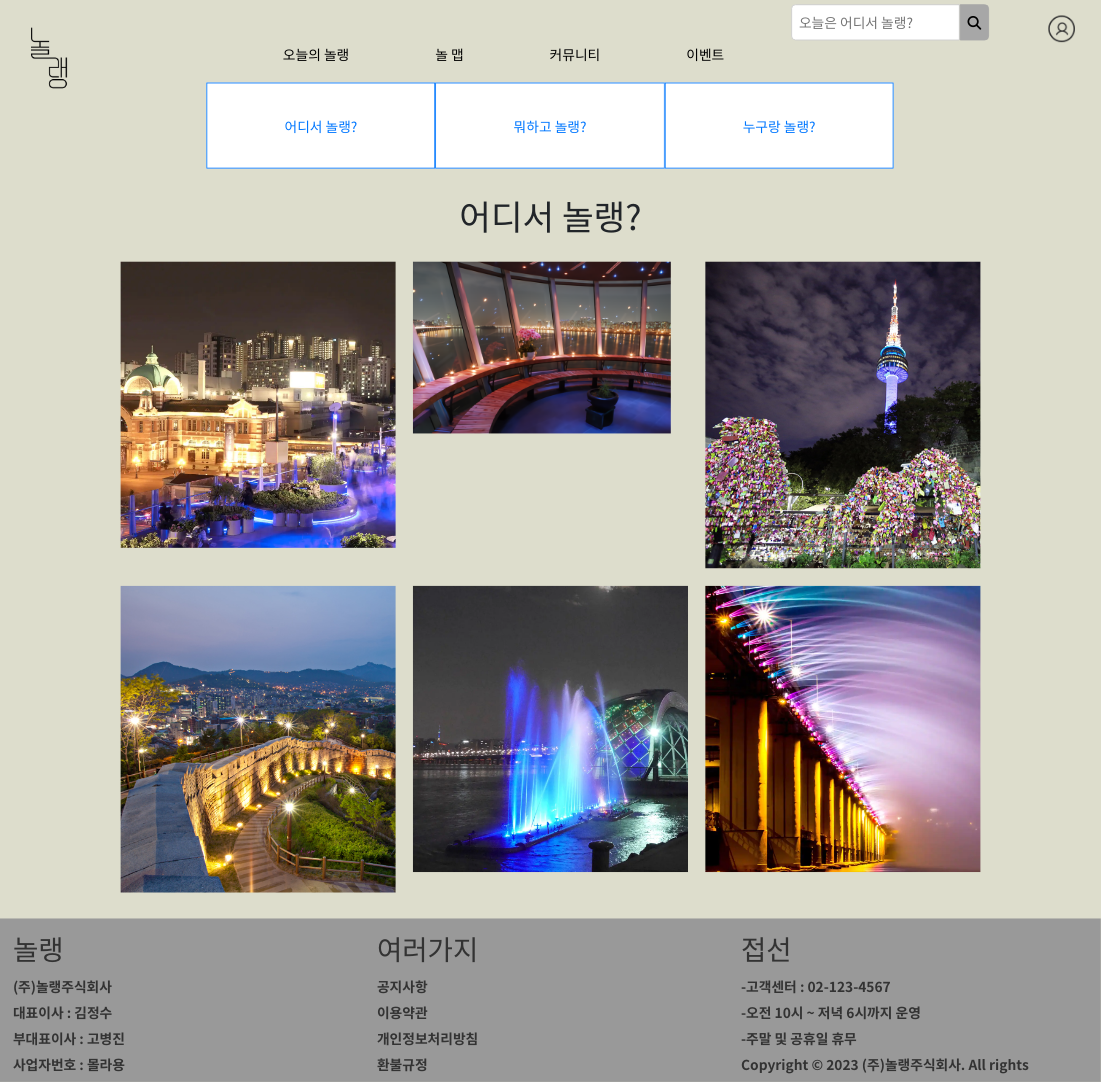
Repository: rrqrw/-
Page: http://localhost/noll_project/who/who3.jsp
An editor plug-in stored every save of this project. The page is shown before and after the next save, followed by the edit.
The browser window is 1280 px wide. The pictures show the whole page, at 86% of full size.
Some web fonts or font styles are not loaded; a fallback is used. Some web libraries are served in a nearby version. The page is served by Tomcat 9. Other server files are loaded and not shown.

Above is the page before, as saved 2023-12-12 12:08:34.

### noll_project/src/main/webapp/who/who3.jsp
<%@ page language="java" contentType="text/html; charset=UTF-8"
    pageEncoding="UTF-8"%>
<%@ taglib uri="http://java.sun.com/jsp/jstl/core" prefix="c" %>
<%@ taglib uri="http://java.sun.com/jsp/jstl/fmt" prefix="fmt" %>
<!DOCTYPE html>
<html lang="en">
<head>
  <meta charset="UTF-8">
  <meta name="viewport" content="width=device-width, initial-scale=1.0">
  <title>Document</title>
  <link rel="stylesheet"  href="../resources/css/bootstrap.css">
  <link rel="stylesheet" href="../resources/css/style.css">

 <script src="https://kit.fontawesome.com/7c6041109a.js" crossorigin="anonymous"></script>
  <link href="https://fonts.googleapis.com/css2?family=Black+Han+Sans&family=Nanum+Gothic+Coding:wght@700&family=Nanum+Pen+Script&family=Noto+Sans+KR&display=swap" rel="stylesheet">
</head>
<body>
<jsp:include page="../header.jsp" />
  <div class="container">
    <div class="menu">
    <ul>
      <li><a href="../who/who1.jsp">어디서 놀랭?</a></li>
      <li><a href="../who/who2.jsp">뭐하고 놀랭?</a></li>
      <li><a href="../who/who3.jsp">누구랑 놀랭?</a></li>
    </ul>
  </div>
    <div id="content">
    <h1>어디서 놀랭?</h1>
    <ul class="prod-list">
      <li>
        <img src="../resources/images/7017.jpg" alt="상품1">
        <div class="caption">
          <a href="../instar/instar.jsp"><h2>상품 1</h2></a>
          <p>상품 1 설명 텍스트</p>
          <p>가격: 20,000원</p>
        </div>
      </li>
      <li>
        <img src="../resources/images/bg2광진.png" alt="상품2" style="width: 300px;">
        <div class="caption">
          <a href="../instar/instar.jsp"><h2>상품 1</h2></a>
          <p>상품 2 설명 텍스트</p>
          <p>가격: 30,000원</p>
        </div>
      </li>
      <li>
        <img src="../resources/images/bg3.jpg" alt="상품3">
        <div class="caption">
          <a href="../instar/instar.jsp"><h2>상품 1</h2></a>
          <p>상품 3 설명 텍스트</p>
          <p>가격: 30,000원</p>
        </div>
      </li>
      <li>
        <img src="../resources/images/낙산.jpg" alt="상품3">
        <div class="caption">
          <a href="../instar/instar.jsp"><h2>상품 1</h2></a>
          <p>상품 3 설명 텍스트</p>
          <p>가격: 30,000원</p>
        </div>
      </li>
      <li>
        <img src="../resources/images/여의도한강.jpg" alt="상품3">
        <div class="caption">
          <a href="../instar/instar.jsp"><h2>상품 1</h2></a>
          <p>상품 3 설명 텍스트</p>
          <p>가격: 30,000원</p>
        </div>
      </li>
      <li>
        <img src="../resources/images/한강.jpg" alt="상품3">
        <div class="caption">
          <a href="../instar/instar.jsp"><h2>상품 1</h2></a>
          <p>상품 3 설명 텍스트</p>
          <p>가격: 30,000원</p>
        </div>
      </li>

    </ul>
  	</div>

        </div>
  <jsp:include page="../footer.jsp" />
</body>
</html>

### noll_project/src/main/webapp/header.jsp
<%@ page language="java" contentType="text/html; charset=UTF-8"
    pageEncoding="UTF-8"%>
<!DOCTYPE html>
<html lang="en">
<head>
  <meta charset="UTF-8">
  <meta name="viewport" content="width=device-width, initial-scale=1.0">
  <title>상단 메뉴(nav bar)</title>

  <link rel="stylesheet" href="resources/css/style.css">

  <script src="https://kit.fontawesome.com/7c6041109a.js" crossorigin="anonymous"></script>
  <script src="https://code.jquery.com/jquery-3.7.1.js" integrity="sha256-eKhayi8LEQwp4NKxN+CfCh+3qOVUtJn3QNZ0TciWLP4=" crossorigin="anonymous"></script>
  <!-- defer, async 아래 html을 다읽고 외부 js를 읽게 (지연) 해줌 -->
</head>
<body>
  <nav class="navbar">
    <div class="navbar_logo">
      <a href="#"><img src="../resources/images/logo.png" alt="로고" style="width: 80px;"></a>
    </div>
    <ul class="navbar_menu">
      <li><a href="">오늘의 놀랭</a></li>
      <li><a href="">놀 맵</a></li>
      <li><a href="">커뮤니티</a></li>
      <li><a href="">이벤트</a></li>
    </ul>
    <a href="#" class="navbar_toggleBtn">
      <i class="fa-solid fa-bars"></i>
    </a>

    <div id="search">
      <form action="#" method="get">
          <input type="text" placeholder="오늘은 어디서 놀랭?" id="search_input">
          <button type="submit"><i class="fas fa-search"></i></button>
      </form>
    </div>
  <div id="login">
     <a href="#"><img src="../resources/images/login.png" alt="로그인"></a>
  </div>
  </nav>
</body>
</html>

### noll_project/src/main/webapp/footer.jsp
<%@ page language="java" contentType="text/html; charset=UTF-8"
    pageEncoding="UTF-8"%>
<footer class="footer_cell">
      <div class="footer_info">
         <div class="footer_cell">
            <h2 class="footer_h">놀랭</h2>
            <ul class="footer_u">
               <li>(주)놀랭주식회사</li>
               <li>대표이사 : 김정수</li>
               <li>부대표이사 : 고병진</li>
               <li>사업자번호 : 몰라용</li>
            </ul>
         </div>
         <div class="footer_cell">
            <h2 class="footer_h">여러가지</h2>
            <ul class="footer_u">
               <!-- 나중에 링크 넣어서 바로 넘어갈 수 있도록 생각 -->
               <li><a href="#">공지사항</a></li>
               <li><a href="#">이용약관</a></li>
               <li><a href="#">개인정보처리방침</a></li>
               <li><a href="#">환불규정</a></li>
            </ul>
         </div>
         <div class="footer_cell">
            <h2 class="footer_h">접선</h2>
            <ul class="footer_u">
               <li>-고객센터 : 02-123-4567</li>
               <li>-오전 10시 ~ 저녁 6시까지 운영</li>
               <li>-주말 및 공휴일 휴무</li>
               <li>Copyright © 2023 (주)놀랭주식회사. All rights</li>
            </ul>
         </div>
      </div>
   </footer>

### noll_project/src/main/webapp/resources/css/style.css
@charset "UTF-8";
*{
	font-family: 'Noto Sans KR', sans-serif;
}
body{
	background: #ddddcc;
}
/* header 스타일 */
a{
  text-decoration: none;
  color: black;
}

/* pc 기준 */
.navbar{
  display: flex;
  justify-content: space-between;
  align-items: center;
}

.navbar_logo{
  width: 80px;
  height: 80px;
  font-size: 24px;
  padding-left: 20px;
  padding-top: 20px;
}

.navbar_menu{
  display: flex;
  list-style: none;
   margin-right: 10%;
  padding-top: 30px;
  padding-left: 0;
}

#login {
  position: top;
  padding-bottom: 30px;
  padding-right: 30px;
}

.navbar_menu li a{padding: 8px 50px;}
.navbar_toggleBtn{
  font-size: 24px;
  position: absolute;
  right: 30px;
  display: none;
}

/* 검색바 스타일 */
#search {
  position: absolute;
  top: 5px;
  right: 130px; /* 조정 가능한 우측 간격 */
}

/* 검색바 스타일 */
#search form {
  display: flex;
}

#search_input {
  padding: 8px;
  border: 1px solid #ccc;
  border-radius: 5px 0 0 5px;
}

#search button {
  padding: 8px;
  background-color: rgb(167, 167, 167);
  border: 1px solid rgb(167, 167, 167);
  border-radius: 0 5px 5px 0;
  color: black;
  cursor: pointer;
}

#search button:hover {
  background-color: rgb(128, 128, 128);
 }

/* 테블릿 기준 */
@media screen and (max-width: 1100px){
  .navbar_menu{
    padding-right: 60px;
  }
  .navbar_menu li{
    padding-top: 10px;
    display: flex;
  }
  .navbar_toggleBtn{
    font-size: 24px;
    position: absolute;
    right: 30px;
    top: 20px;
  }

  /* 검색바 스타일 */
#search {
  position: absolute;
  top: 5px;
  right: 130px; /* 조정 가능한 우측 간격 */
}

#search form {
  display: flex;
}

#search_input {
  padding: 8px;
  border: 1px solid #ccc;
  border-radius: 5px 0 0 5px;
}

#search button {
  padding: 8px;
  background-color: rgb(167, 167, 167);
  border: 1px solid rgb(167, 167, 167);
  border-radius: 0 5px 5px 0;
  color: black;
  cursor: pointer;
}

#search button:hover {
  background-color: rgb(128, 128, 128);
 }

 .navbar_toggleBtn{
  font-size: 24px;
  position: absolute;
  right: 30px;
  top: 40px;
 }

 #login{
  position: absolute;
  top: 5px;
  right: 10px;
 }
}


/* 모바일 기준 */
@media screen and (max-width: 768px){
  .navbar{
    flex-direction: column;
    align-items: flex-start;
    padding: 8px 20px;
  }

  .navbar_menu{
    /* align-items: center;  */
    width: 100%;
    padding-top: 10px;
    /* justify-content: flex-end; */
    align-items: flex-end;
  }

 /* 햄버거 메뉴 스타일 */
 .navbar_toggleBtn{
  font-size: 24px;
  position: absolute;
  right: 30px;
  top: 40px;
 }
  .navbar_menu li{
    padding-top: 5px;
  }

  .navbar_toggleBtn{
    display: block;
  }

  #login{
    position: absolute;
    top: 40px;
    right: 45px;
  }


/* 검색바 스타일 */
#search {
  position: absolute;
  top: 40px;
  right: 130px; /* 조정 가능한 우측 간격 */
}

#search form {
  display: flex;
}

#search_input {
  width: 50px;
  padding: 8px;
  border: 1px solid #ccc;
  border-radius: 5px 0 0 5px;
}

#search button {
  padding: 8px;
  background-color: rgb(167, 167, 167);
  border: 1px solid rgb(167, 167, 167);
  border-radius: 0 5px 5px 0;
  color: black;
  cursor: pointer;
}

#search button:hover {
  background-color: rgb(128, 128, 128);
 }
}
/* footer 스타일 */
footer .footer_cell { height: 180px;}

.footer_info {
  display: flex;
  justify-content: space-between;
  padding: 5px;
  background-color: #999999;
}


.footer_cell {
  flex: 1
  ;
  text-align: left;
  color: rgb(51, 51, 51);
  font-weight: bold;
}

.footer_cell li a {
  color: rgb(51, 51, 51);
  font-weight: bold;
  text-decoration: none;
}

.footer_h {
  margin: 10px;
}

.footer_u {
  margin: 10px;
  line-height: 30px;
}



/* general */

ul,li {
  margin: 0;
  padding: 0;
  list-style-type: none;
  list-style-position: inside;
}
footer p {
  margin-top: 18px;
  font-size: 11px;
  color: #c7c7c7;
  line-height: 18px;
}
.pic {
  border-radius: 100%;
}
span.userID {
  margin-right: 5px;
}
span.sub-span {
  font-size: 12px;
  color: #8e8e8e;
}
span.point-span {
  font-weight: 500;
  font-size: 14px;
  color: #262626;
}

/* main */
main {
  width: 960px;
  margin: 0 auto;
  padding-top: 94px;
  padding-bottom: 40px;
}
.main-right {
  width: 310px;
  display: inline-block;
  position: fixed;
  top: 94px;
}
.feeds {
  width: 614px;
  margin-right: 34px;
  display: inline-block;
}
article, .section-story, .section-recommend {
  background-color: #fff;
  border-radius: 3px;
  border: 1px solid #DBDBDB;
}
article {
  margin-bottom: 60px;
}
.section-story, .section-recommend {
  width: 310px;
  padding: 14px 16px;
  overflow-y: hidden;
}
.section-story {
  height: 212px;
  margin-bottom: 20px;
}
.section-recommend {
  height: 180px;
}
/* article */
header {
  height: 60px;
  padding: 0 16px;
  display: flex;
  align-items: center;
  justify-content: space-between;
}
.profile-of-article {
  display: flex;
  align-items: center;
}
.img-profile {
  width: 32px;
  height: 32px;
  border: 1px solid #fafafa;
  border-radius: 100%;
}
.main-image img {
  width: 612px;
}
.main-id {
  margin-left: 14px;
}
.icon-more {
  justify-self: end;
}
.icons-react {
  height: 40px;
  padding: 0 16px;
  display: flex;
  align-items: center;
  justify-content: space-between;
}
.icon-react {
  width: 24px;
  height: 24px;
}
.icons-left {
  display: flex;
  align-items: center;
}
.icons-left .icon-react {
  margin-right: 12px;
}
/* article text data */
.reaction {
  padding: 0 16px;
}
.liked-people {
  display: flex;
  align-items: center;
  height: 18px;
  margin: 2px 0 8px 0;
}
.liked-people img {
  display: inline-block;
  margin-right: 4px;
  width: 20px;
  height: 20px;
  border: 1px solid #fafafa;
}
.liked-people p {
  display: inline-block;
  color: #262626;
  font-size: 14px;
}
.description {
  display: flex;
  align-items: center;
  height: 18px;
}
span.at-tag {
  color: #00376B;
}
ul.comments {
  margin-top: 5px;
}
ul.comments li {
  height: 21px;
  display: flex;
  justify-content: space-between;
  color: #262626;
  font-size: 14px;
}
img.comment-heart {
  width: 12px;
  height: 12px;
}
div.time-log {
  margin-bottom: 8px;
}
div.time-log span {
  height: 18px;
  font-size: 12px;
  color: #8e8e8e;
}
.hl {
  border-top: 1px solid #DBDBDB;
  width: 612px;
}
/* comment input */
.input-comment {
  font-size: 14px;
  width: 560px;
  height: 18px;
  padding: 28px 16px;
  border-style: none;
  box-sizing: border-box;
  color: #262626;
}
.input-comment:focus {
outline: none;
}
.input-comment::placeholder {
  color: #8e8e8e;
}
button.submit-comment {
  color: #0095f6;
  background-color: #fff;
  border-style: none;
  height: 40px;
  width: 40px;
  padding: 4px;
  font-size: 14px;
  font-weight: 600;
}
.submit-comment:disabled {
  color: #B9DFFC;
}
button.submit-comment:focus {
  outline: none;
}

/* story & recommendation */
.menu-title {
  display: flex;
  justify-content: space-between;
  align-items: center;
  margin-bottom: 14px;
}
.sub-title {
  font-size: 14px;
  color: #8e8e8e;
  font-weight: 600;
}
.find-more {
  font-size: 12px;
  font-weight: 600;
  color: #262626;
}
.story-list li, .recommend-list li {
  display: flex;
  align-items: flex-start;
}
ul.story-list img.story {
  box-sizing: content-box;
  border: 2px solid #fff;
}
div.gradient-wrap {
  width: 40px;
  height: 40px;
  display: flex;
  justify-content: center;
  align-items: center;
  border-radius: 100%;
  background: radial-gradient(circle at bottom left, #F58529 20%, #C42D91);
}
ul.story-list .profile-text {
  margin-top: 3px;
}
.profile-text {
  display: inline-block;
  margin: 0 0 10px 8px;
}
.profile-text span {
  display: block;
}
.profile-text span.userID {
  margin-bottom: 2px;
}
.recommend-list li {
  display: flex;
  justify-content: space-between;
  align-items: flex-start;
}
.btn-follow {
  padding-top: 7px;
  color: #0095f6;
  font-weight: 600;
  font-size: 12px;
}
.recommend-friend-profile {
  display: flex;
  align-items: flex-start;
}

/*who*/
.container ul li{
  list-style: none;

}
.container ul li a{
  text-decoration: none;
  color: rgb(0, 119, 255);
}
.menu{
  width: 800px;
  height: 100px;
  border-radius: 30%;
  margin: 0 auto;
}
.menu ul li{
  float: left;
  width: 33.3%;
  height: 100px;
  line-height: 100px;
  vertical-align: middle;
  text-align: center;
  background: white;
  border: 1px solid rgb(0, 119, 255);
}
.menu ul li a{
  display: block;
}
.menu ul li a:hover{
  background:rgb(0, 119, 255);
  color: white;
}
.card img{
  width: 100%px;
  height: 300px;
}

/*who1*/
#content ul{list-style: none;}
#content{width: 1000px; margin: 30px auto;}
#content h1{text-align: center;}
.prod-list{margin-top: 30px; display: grid; grid-template-columns: repeat(3, 1fr); gap: 20px;}
.prod-list li{position: relative; overflow: hidden;}
.prod-list img{width: 500px; height: auto; display: block;}
.caption{
  width: 100%; height: 100%; background: rgba(0, 0, 0, 0.6);
  color: #fff; position: absolute; top: 0; transition: all 0.6s;
  display: flex; flex-direction: column; justify-content: center; align-items: center;
  opacity: 0;
}
.prod-list li:hover .caption{opacity: 1;}
.caption a h2{color: white;}
.caption a h2, p{text-align: center; line-height: 2; padding: 10px;}

Loaded but not shown: noll_project/src/main/webapp/resources/css/bootstrap.css (library)

After the next save:
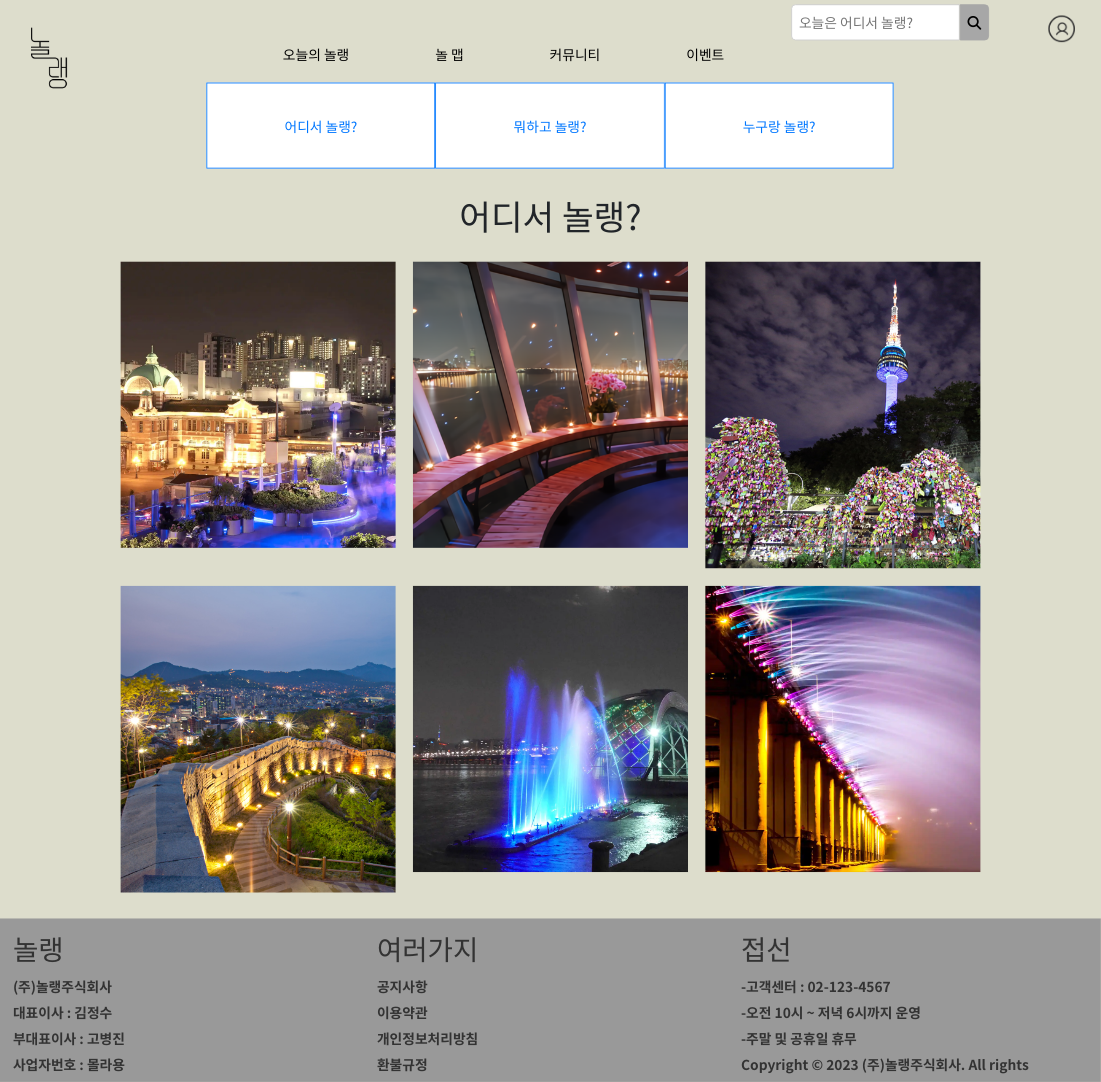
Saved 17 s later.
--- a/noll_project/src/main/webapp/who/who3.jsp
+++ b/noll_project/src/main/webapp/who/who3.jsp
@@ -36,7 +36,7 @@
         </div>
       </li>
       <li>
-        <img src="../resources/images/bg2광진.png" alt="상품2" style="width: 300px;">
+        <img src="../resources/images/bg2광진.png" alt="상품2" >
         <div class="caption">
           <a href="../instar/instar.jsp"><h2>상품 1</h2></a>
           <p>상품 2 설명 텍스트</p>
